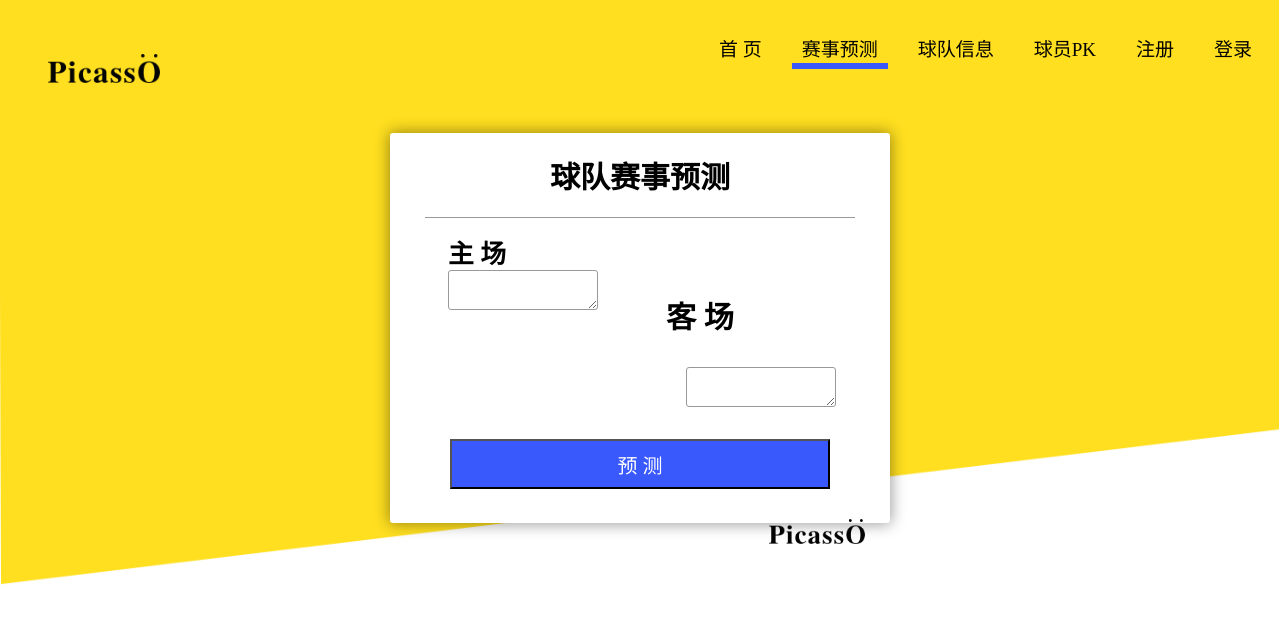
Repository: cciixx/nba-prediction-sys
Page: public/predict.html
An editor plug-in stored every save of this project. The page is shown before and after the next save, followed by the edit.
The browser window is 1280 px wide. The pictures show the whole page.

Above is the page before, as saved 2020-03-27 18:01:21.

### public/predict.html
<!doctype html>
<html lang="en, zh">

<head>
    <meta charset="utf-8">
    <title>NBA预测系统-赛事预测</title>
    <link href="css/navl.css" rel="stylesheet" type="text/css">
    <link href="css/predict.css" rel="stylesheet" type="text/css">
    <script src="/JS/jquery-3.4.1.js"></script>
    <script src="JS/predict.js"></script>
    <style>
        body {
            background-image: url(images/half_yellow.png);
        }
    </style>
</head>

<body>
    <div class="header">
        <header></header>
        <ul class='navl' style="background-color: blueviolet;">
            <li><a href="login.html">登录</a></li>
            <li><a href="register.html">注册</a></li>
            <li><a href="PK_index.html">球员PK</a></li>
            <li><a href="team.html">球队信息</a></li>
            <li style="border-bottom: 6px solid #3a59fd;"><a href="predict.html">赛事预测</a></li>
            <li><a href="first.html">首 页</a></li>
            <img src="images/logo.png" alt="PicassÖ">
        </ul>
        </header>
    </div>


    <div class="wrapper">
        <main>
            <div class="bg">
                <h2 style="font-size: 30px;">球队赛事预测</h2>
                <div style="overflow: hidden;">
                    <div class='box'>
                        <label for="home_n">主 场<textarea id="home_n"></textarea></label>
                    </div>
                    <div class='box'>
                        <label for="away_n"><h3>客 场</h3><textarea id="away_n"></textarea></label>
                    </div>
                </div>
                <div style="text-align: center;"><input class="btn" type="button" id="pred" value="预 测"></div>
                <img src="images/logo.png" alt="PicassÖ">
            </div>
        </main>
    </div>

</body>

</html>

### public/css/navl.css
/* CSS Document */
body{
	background-repeat: no-repeat;
	background-position: top;
	background-size: 100%, 100%;
	background-attachment: fixed;
}
.header{
    overflow: hidden;
}
.btn{
	background: #3a59fd;
	font-family: '方正小标宋简体';
	color: white;
}
.navl ul{
	margin: 30px;
	width: 600px;
	height: 300px;
	color: #030303;
	position: absolute;
	top: 10px;
}
.navl li{
		height: 29px;
		width: fit-content;
		margin: 10px;
		list-style: none;
		float: right;
}
.navl img{
	float: left;
	height: 29px;
}
.navl a{
	margin: 0px 10px;
	color:#030303;
	text-align: left;
	text-decoration: none;
	font-size: 19px;
}
.wrapper{
    width: 100%;
}

### public/css/predict.css
/* CSS Document */
.bg{
	width: 500px;
	height: 390px;
	margin: 50px auto;
	font-size: 26px;
	background: white;
	border: 0 none;
    border-radius: 3px;
    box-shadow: 0 0 15px 1px rgba(0, 0, 0, 0.4);
    box-sizing: border-box;
}
.box{
    font-size: 22px;
    width: 40%;
    float: left;
    margin-left: 38px;
}
h2{
    text-align: center;
    border-bottom: 1px solid #999999;
    padding: 20px;
    margin: 35px;
    margin-bottom: 15px;
}

label {
    font-size: 1.17em;
    font-weight: bolder;
    margin-left: 20px;
}
textarea {
    font-size: 20px;
	height:40px;
	width:150px;
	margin-left:20px;
    border: 1px solid #999999;
    border-radius: 3px;
    box-sizing: border-box;
    color: #2C3E50;
}
input{
    font-size: 20px;
    width: 380px;
    height: 50px;
    text-align: center;
    margin-top: 25px;
}

img{
    height: 25px;
    float: right;
    margin-top: 30px;
    margin-right: 25px;
}

### public/JS/predict.js
$('document').ready(function() {
    $('#pred').click(function(){
        var home_n = $("#home_n").val();
        var away_n = $("#away_n").val();
        $.ajax({
            type: "POST",
            url: "http://127.0.0.1:3000/predict",
            data:{"home":home_n,
                  "away":away_n},
            dataType: "json",
            success: function(data) {
                var home_winp = data.home_winp
                var away_winp = data.away_winp
                $("#home_p").text(home_winp+"%");
                $("#away_p").text(away_winp+"%");
            }
        })
    })
})

Loaded but not shown: public/JS/jquery-3.4.1.js (library)

After the next save:
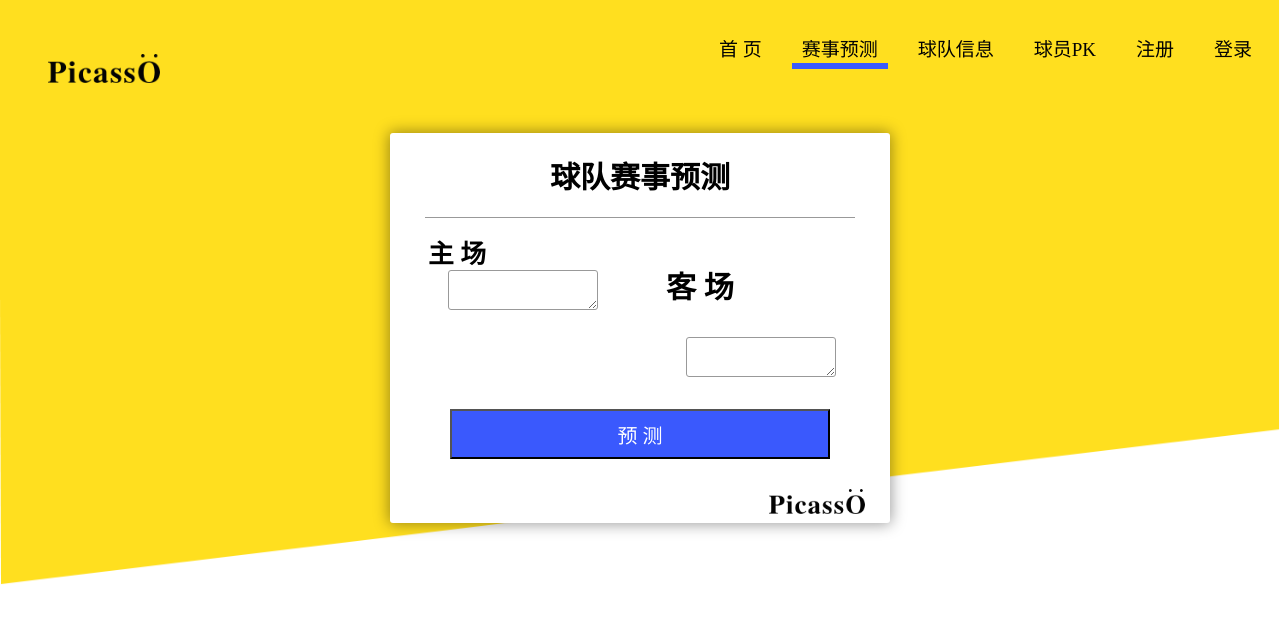
Saved 78 s later.
--- a/public/css/predict.css
+++ b/public/css/predict.css
@@ -27,6 +27,7 @@ h2{
 label {
     font-size: 1.17em;
     font-weight: bolder;
+    margin: . 83em 0
     margin-left: 20px;
 }
 textarea {
